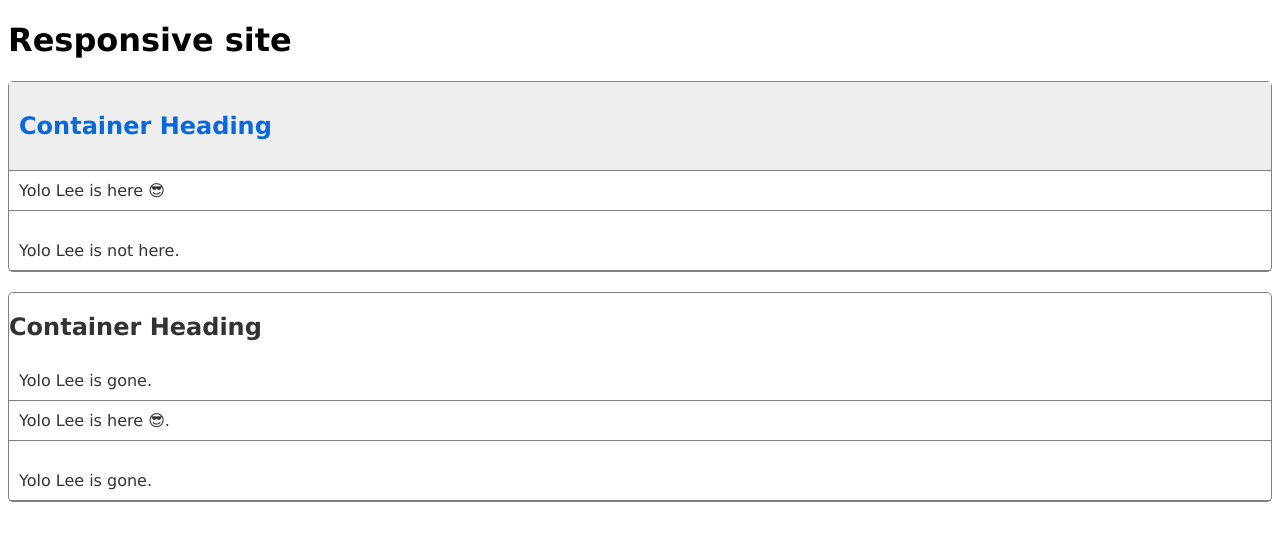
Repository: HyunJunggggg/MDIA2109
Page: inclass/week6/index.html
An editor plug-in stored every save of this project. The page is shown before and after a run of saves, followed by the edit.
The browser window is 1280 px wide. The pictures show the whole page.

Above is the page before, as saved 2025-02-13 14:42:32.

After the next 2 saves:
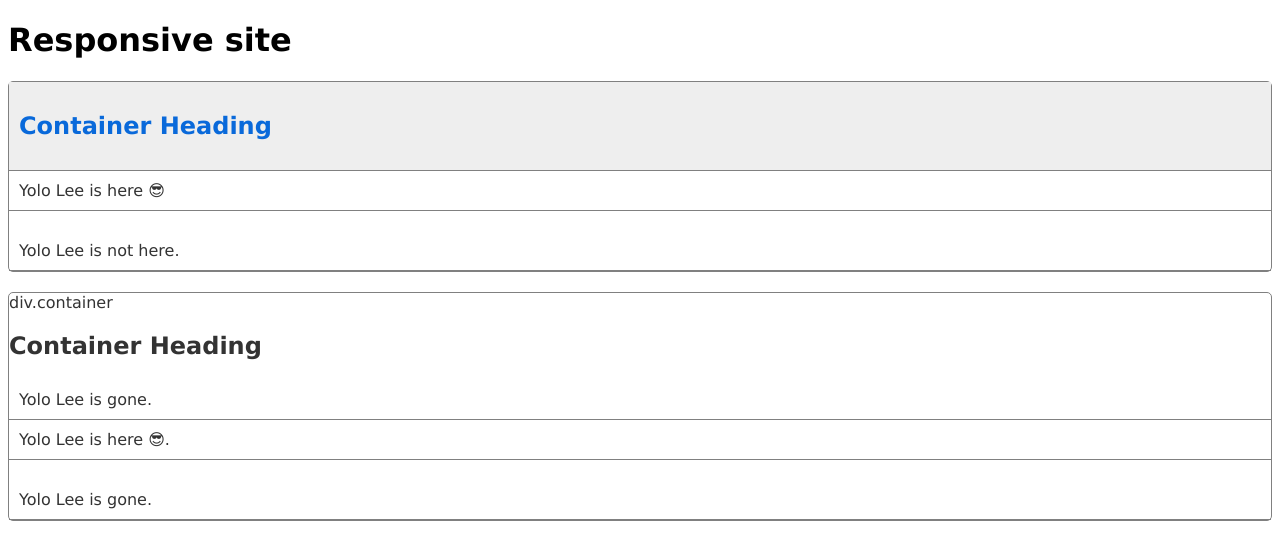
The 2 saves are shown as one change because they came seconds apart.
The last was saved 109 s later.
--- a/inclass/week6/index.html
+++ b/inclass/week6/index.html
@@ -23,6 +23,7 @@
   </section>
 
   <section class="container">
+    div.container
     <h1 class="container__title">Container Heading</h1>
     <div class="container__content">
       Yolo Lee is gone.
